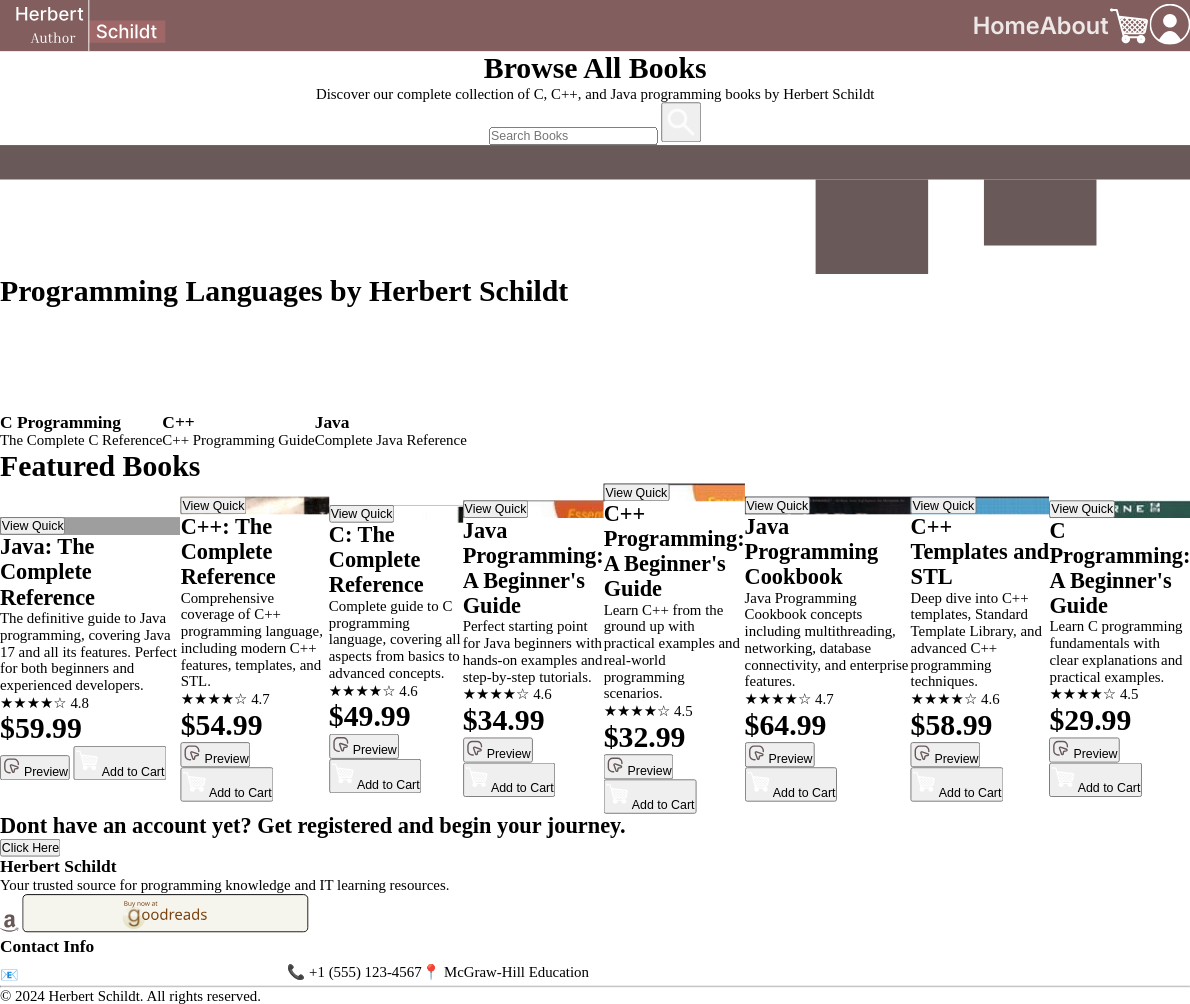
Repository: Darkrepo23/Author-Website-
Page: browse-book.html
The author's editor kept a copy of each file at every save. The page is drawn from the files as they stood at one save, then again after the next save.
The browser window is 1280 px wide. The pictures show the whole page, at 93% of full size.
Pictures or frames that could not be fetched are drawn as grey boxes.

Above is the page before, as saved 2025-09-02 13:40:17.

### browse-book.html
<html lang="en">

<head>
    <meta charset="UTF-8">
    <meta name="viewport" content="width=device-width, initial-scale=1.0">
    <link rel="stylesheet" href="style/browse-book.css">
    <link rel="stylesheet" href="style/nav.css">
    <link rel="stylesheet" href="style/modal/modal.css">
    <title>Document</title>
</head>

<body>
    <div class="container">

        <div class="header">
            <div class="logo">
                <img src="img/logo-white.svg" alt="">
            </div>
            <div class="nav">
                <ul>
                    <li><a href="index.html">Home</a></li>
                    <li><a href="">About</a></li>
                    <li onclick="toggleCart()"><img src="img/cart.svg" alt="" style="height: 44px;"></li>
                    <li><a href="pages/login.html"><img src="img/user-logo.svg" alt="" style="height: 44px;"></a></li>
                </ul>
            </div>
        </div>

        <div class="browse">
            <div class="browse-info">
                <h1>Browse All Books</h1>
                <p>Discover our complete collection of C, C++, and Java programming books by Herbert Schildt</p>
            </div>
            <div class="browse-search">
                <input type="text" placeholder="Search Books" id="">
                <button><img src="img/search.svg" alt=""></button>
            </div>
        </div>

        <div class="line-1">
            <img src="img/b-hr-1.svg" alt="" style="width: 100%;">
        </div>


        <div class="categories">
            <div class="c-head">
                <h1>Programming Languages by Herbert Schildt</h1>
            </div>
            <ul>
                <li>
                    <img src="img/code-icon.svg" alt="">
                    <h3 id="c-title">C Programming</h3>
                    <p>The Complete C Reference</p>
                </li>
                <li>
                    <img src="img/code-icon.svg" alt="">
                    <h3 id="c-title">C++</h3>
                    <p>C++ Programming Guide</p>
                </li>
                <li>
                    <img src="img/java-icon.svg" alt="">
                    <h3 id="c-title">Java</h3>
                    <p>Complete Java Reference</p>
                </li>
            </ul>
        </div>

        <div class="featured-books" id="featured-books">
            <h1>Featured Books</h1>
            <ul class="books-card" id="booksList">
                <!-- <li>
                    <div class="img-book">
                        <button>View Quick</button>
                    </div>
                    <div class="book-info">
                        <h2>Java: The Complete Reference</h2>
                        <p>The definitive guide to Java programming, covering Java 17 and all its features. </p>
                        <div class="book-r-p">
                            <p>★★★★☆4.8</p>
                            <h1>$59.99</h1>
                        </div>
                        <div class="btn-books">
                            <button><img src="img/preview-ico.svg" alt=""> Preview</button>
                            <button id="addToCart"><img src="img/cart.svg" alt="" style="height: 1.9em; margin-bottom: 0.3rem;"> Add to
                                Cart</button>
                        </div>
                    </div>
                </li> -->
            </ul>
        </div>

        <div class="banner-post">
            <div class="banner" id="NoAcc">
                <h2>Dont have an account yet? Get registered and begin your journey.</h2>
                <button onclick="location.href='pages/login.html'">Click Here</button>
            </div>
        </div>


        <div class="footer">
            <div class="footer-content">
                <!-- Left section -->
                <div class="footer-left">
                    <h3>Herbert Schildt</h3>
                    <p>Your trusted source for programming knowledge and IT learning resources.</p>

                    <div class="social-icons">
                        <a href="#"><img src="img/amazon.svg" alt="Amazon"></a>
                        <a href="#"><img src="img/goodreads.svg" alt="Goodreads"></a>
                    </div>
                </div>

                <!-- Right section -->
                <div class="footer-right">
                    <h3>Contact Info</h3>
                    <ul>
                        <li><span>📧</span> <a href="mailto:Herb@herbschildt.com">Herb@herbschildt.com</a></li>
                        <li><span>📞</span> +1 (555) 123-4567</li>
                        <li><span>📍</span> McGraw-Hill Education</li>
                    </ul>
                </div>
            </div>
            <div class="cart-notification" id="cartNotification"></div>
            <div class="modal-overlay">
                <div class="modal">
                    <div class="modal-content">

                        <!-- Book Cover -->
                        <div class="book-image">
                            <img src="img/books/Java Complete.jpg" alt="Java: The Complete Reference">
                        </div>

                        <!-- Book Info -->
                        <div class="book-details">
                            <h2>Java: The Complete Reference</h2>
                            <p class="price">$54.99</p>
                            <p class="rating">⭐ ⭐ ⭐ ⭐ ⭐ 4.7/5</p>

                            <p class="description">
                                Comprehensive coverage of C++ programming language, including modern
                                C++ features, templates, and STL.
                            </p>

                            <div class="meta">
                                <p><strong>Year:</strong> 2021</p>
                                <p><strong>Pages:</strong> 1248</p>
                                <p><strong>ISBN:</strong> 978-1260454468</p>
                                <p><strong>Category:</strong> JAVA</p>
                            </div>

                            <!-- Action Buttons -->
                            <div class="actions">
                                <button class="preview">👁 Preview</button>
                                <button class="add-cart">🛒 Add to cart</button>
                            </div>
                        </div>
                    </div>
                </div>
            </div>



            <hr>
            <div class="footer-bottom">
                <p>© 2024 Herbert Schildt. All rights reserved.</p>
            </div>
        </div>

        <!-- Sidebar -->
        <div class="cart-sidebar" id="cartSidebar">
            <div class="cart-header">
                Book Cart
                <img src="img/close.svg" alt="" style="height: 20px;" onclick="toggleCart()">
            </div>
            <!--
            <div class="cart-items">
                <div class="cart-item">
                    <img src="https://via.placeholder.com/70x100" alt="Book">
                    <div class="cart-item-info">
                        <h4>Java: The Complete Reference</h4>
                        <p>$54.99</p>
                        <button class="remove-btn">Remove</button>
                    </div>
                </div>

                <div class="cart-item">
                    <img src="https://via.placeholder.com/70x100" alt="Book">
                    <div class="cart-item-info">
                        <h4>Java: The Complete Reference</h4>
                        <p>$54.99</p>
                        <button class="remove-btn">Remove</button>
                    </div>
                </div>
            </div> -->

            <div class="cart-footer">
                <div class="cart-total">
                    <span>Total</span>
                    <span>$109.98</span>
                </div>
                <button class="checkout-btn" onclick="location.href='cart.html'">Checkout</button>
            </div>
        </div>

        <script>
            const categoryMap = {
                "c programming": "c",
                "c++": "cpp",
                "java": "java"
            };

            const categoryItems = document.querySelectorAll(".categories ul li");

            categoryItems.forEach(cat => {
                cat.addEventListener("click", () => {
                    const catText = cat.querySelector("h3").innerText.toLowerCase(); // e.g. "c programming"
                    const category = categoryMap[catText];
                    if (category) sortBooks(category);
                });
            });

            function sortBooks(category) {
                const booksList = document.getElementById("booksList");
                const books = Array.from(booksList.querySelectorAll("li"));

                books.sort((a, b) => {
                    const aCat = a.getAttribute("data-category");
                    const bCat = b.getAttribute("data-category");

                    if (aCat === category && bCat !== category) return -1;
                    if (aCat !== category && bCat === category) return 1;
                    return 0;
                });

                books.forEach(book => booksList.appendChild(book));
            }




            function toggleCart() {
                document.getElementById('cartSidebar').classList.toggle('open');
            }

            async function viewBook(button) {
                const bookItem = button.closest("li");
                const bookTitle = bookItem.querySelector(".bookTitle").innerText.trim();

                try {
                    const response = await fetch("all-books.json");
                    const books = await response.json();

                    const book = books.find(b => b.title.trim() === bookTitle);
                    if (!book) return alert("Book not found!");

                    const modalOverlay = document.querySelector(".modal-overlay");
                    const modal = modalOverlay.querySelector(".modal");

                    modal.querySelector(".book-image img").src = book.image;
                    modal.querySelector(".book-image img").alt = book.title;
                    modal.querySelector(".book-details h2").innerText = book.title;
                    modal.querySelector(".book-details .price").innerText = `$${book.price}`;
                    modal.querySelector(".book-details .rating").innerText = `⭐ ⭐ ⭐ ⭐ ⭐ ${book.rating}/5`;
                    modal.querySelector(".book-details .description").innerText = book.description;

                    const meta = modal.querySelector(".book-details .meta");
                    meta.innerHTML = `
            <p><strong>Year:</strong> ${book.year}</p>
            <p><strong>Pages:</strong> ${book.pages}</p>
            <p><strong>ISBN:</strong> ${book.isbn}</p>
            <p><strong>Category:</strong> ${book.category.toUpperCase()}</p>
        `;

                    modalOverlay.style.display = "flex";

                } catch (error) {
                    console.error("Error fetching book data:", error);
                }
            }

            function addToCart(button) {
                const bookItem = button.closest("li");
                const title = bookItem.querySelector(".bookTitle").innerText.trim();
                const priceText = bookItem.querySelector(".pricetag").innerText.trim();
                const price = parseFloat(priceText.replace("$", ""));
                const image = bookItem.querySelector(".img-book img")?.src || "img/books/placeholder.jpg";

                // Get current cart
                let cart = JSON.parse(localStorage.getItem("bookCart")) || [];

                // Check if book already in cart
                const existing = cart.find(item => item.title === title);
                if (existing) {
                    alert("This book is already in your cart!");
                    return;
                }

                // Add book to cart
                cart.push({ title, price, image });
                localStorage.setItem("bookCart", JSON.stringify(cart));

                // Show notification
                showCartNotification(title);

                // Re-render cart
                renderCart();
            }

            // Function to show cart notification
            function showCartNotification(title) {
                const notification = document.getElementById("cartNotification");
                notification.innerText = `"${title}" added to cart!`;
                notification.classList.add("show");

                // Hide after 2 seconds
                setTimeout(() => {
                    notification.classList.remove("show");
                }, 2000);
            }

            async function renderCart() {
                const cartItemsContainer = document.querySelector(".cart-items");
                if (!cartItemsContainer) {
                    const div = document.createElement("div");
                    div.className = "cart-items";
                    document.getElementById("cartSidebar").insertBefore(div, document.querySelector(".cart-footer"));
                }

                const cart = JSON.parse(localStorage.getItem("bookCart")) || [];
                const cartContainer = document.querySelector(".cart-items");
                cartContainer.innerHTML = "";

                let total = 0;

                try {
                    const response = await fetch("all-books.json");
                    const booksData = await response.json();

                    cart.forEach((item, index) => {
                        total += item.price;

                        // Find the book in JSON to get the correct image
                        const bookData = booksData.find(b => b.title === item.title);
                        if (!bookData) {
                            console.warn(`Book not found in JSON: "${item.title}"`);
                        } else if (!bookData.image) {
                            console.warn(`Book image missing in JSON for: "${item.title}"`);
                        }

                        const image = bookData ? bookData.image : "img/books/placeholder.jpg";

                        console.log(`Cart item: ${item.title}, Image used: ${image}`);

                        const cartItem = document.createElement("div");
                        cartItem.className = "cart-item";
                        cartItem.innerHTML = `
                <img src="${image}" alt="Book">
                <div class="cart-item-info">
                    <h4>${item.title}</h4>
                    <p>$${item.price.toFixed(2)}</p>
                    <button class="remove-btn" onclick="removeFromCart(${index})">Remove</button>
                </div>
            `;
                        cartContainer.appendChild(cartItem);
                    });

                    // Update total
                    document.querySelector(".cart-total span:last-child").innerText = `$${total.toFixed(2)}`;

                } catch (err) {
                    console.error("Error fetching all-books.json:", err);
                }
            }

            // Remove item from cart
            function removeFromCart(index) {
                let cart = JSON.parse(localStorage.getItem("bookCart")) || [];
                cart.splice(index, 1);
                localStorage.setItem("bookCart", JSON.stringify(cart));
                renderCart();
            }

            // Initialize cart on page load
            document.addEventListener("DOMContentLoaded", () => {
                renderCart();
            });

            // Optional: close modal by clicking overlay
            document.querySelector(".modal-overlay").onclick = function (e) {
                if (e.target === this) this.style.display = "none";
            }

            // Fetch books from JSON
            fetch("all-books.json")
                .then(response => response.json())
                .then(data => {
                    const booksList = document.getElementById("booksList");

                    data.forEach(book => {
                        const li = document.createElement("li");

                        li.innerHTML = `
    <div class="img-book" style="background-image: url('${book.image}');">
        <button class='view-btn' onclick="viewBook(this)">View Quick</button>
    </div>
    <div class="book-info">
        <h2 class="bookTitle">${book.title}</h2>
        <p>${book.description}</p>
        <div class="book-r-p">
            <p>★★★★☆ ${book.rating}</p>
            <h1 class='pricetag'>$${book.price}</h1>
        </div>
        <div class="btn-books">
            <button><img src="img/preview-ico.svg" alt=""> Preview</button>
            <button class='addToCartBtn' onclick="addToCart(this)">
                <img src="img/cart.svg" alt="" style="height: 1.9em; margin-bottom: 0.3rem;">
                Add to Cart
            </button>
        </div>
    </div>
`;
                        li.setAttribute("data-category", book.category); // <-- important


                        booksList.appendChild(li);
                    });
                })
                .catch(error => console.error("Error loading books:", error));


            let cart = JSON.parse(localStorage.getItem("bookCart")) || [];
            console.log("Current bookCart:", cart);

        </script>

    </div>
</body>

</html>

### style/browse-book.css
.browse {
    display: flex;
    flex-direction: column;
    text-align: center;
}

### style/nav.css
* {
    margin: 0;
    padding: 0;
    box-sizing: border-box;
}

@font-face {
    font-family: 'Inter SemiBold';
    src: url(../font/Inter/static/Inter_18pt-SemiBold.ttf);
}

@font-face {
    font-family: 'Inter Black';
    src: url(../font/Inter/static/Inter_18pt-Black.ttf);
}

@font-face {
    font-family: 'Inter Regular';
    src: url(../font/Inter/static/Inter_28pt-Regular.ttf);
}


@font-face {
    font-family: 'Inter Medium';
    src: url(../font/Inter/static/Inter_28pt-Medium.ttf);
}

@font-face {
    font-family: 'Encode Sans';
    src: url(../font/Encode_Sans/EncodeSans-VariableFont_wdth\,wght.ttf);
}

@font-face {
    font-family: 'Inter Light';
    src: url(../font/Inter/static/Inter_18pt-Light.ttf);
}


.header {
    display: flex;
    background-color: #825E5E;
    align-items: center;
    justify-content: space-between;
}

.header .logo {
    padding: 0 1rem;
}

a {
    text-decoration: none;
    color: rgba(255, 255, 255, 0.856);
    font-family: 'Inter SemiBold';
    font-size: 1.6rem;
    font-weight: 100;
}

.header a {
    transition: all 0.5s ease-in-out;
    height: 1rem;
}

.header a:hover {
    color: rgba(255, 34, 34, 0.788);
    transform: translateY(-10px);
}

ul {
    display: flex;
    list-style: none;
    align-items: center;
}

.header li {


}

Loaded but not shown: all-books.json (122 lines, source omitted); style/modal/modal.css (253 lines, source omitted)

After the next save:
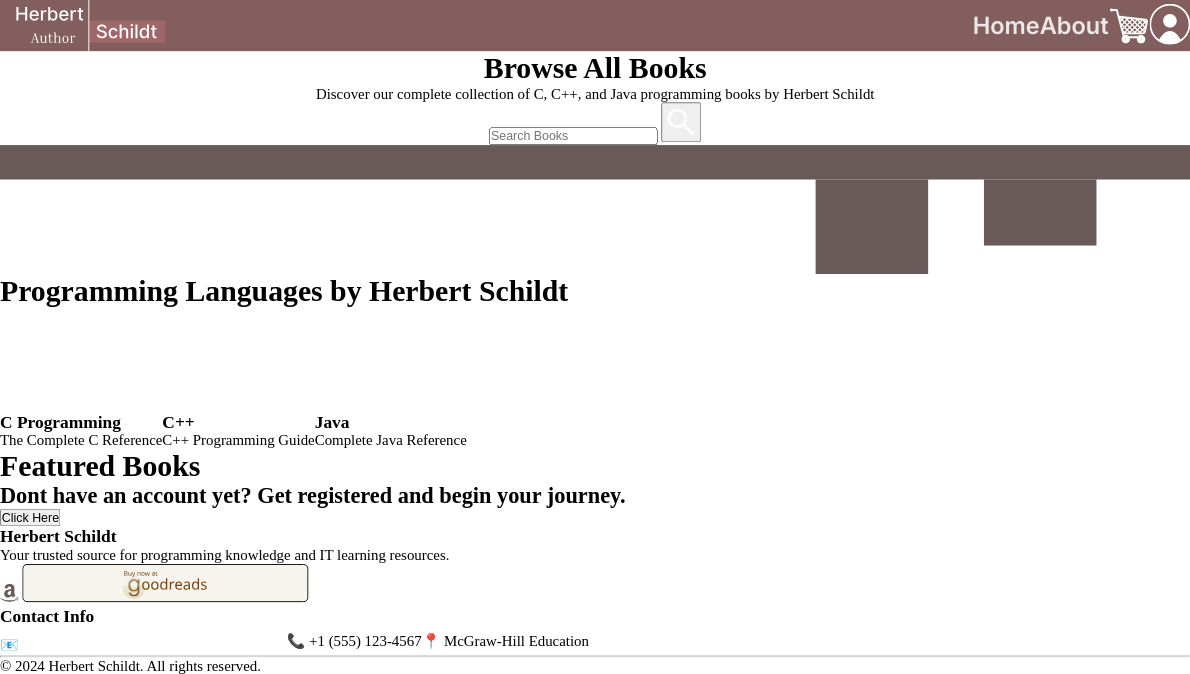
Console error: SyntaxError: Unexpected token ';'
Saved 13 s later.
--- a/browse-book.html
+++ b/browse-book.html
@@ -347,7 +347,7 @@
                             console.warn(`Book image missing in JSON for: "${item.title}"`);
                         }
 
-                        const image = bookData ? bookData.image : "img/books/placeholder.jpg";
+                        const image = bookData ? bookData.image;
 
                         console.log(`Cart item: ${item.title}, Image used: ${image}`);
 

After the save that followed:
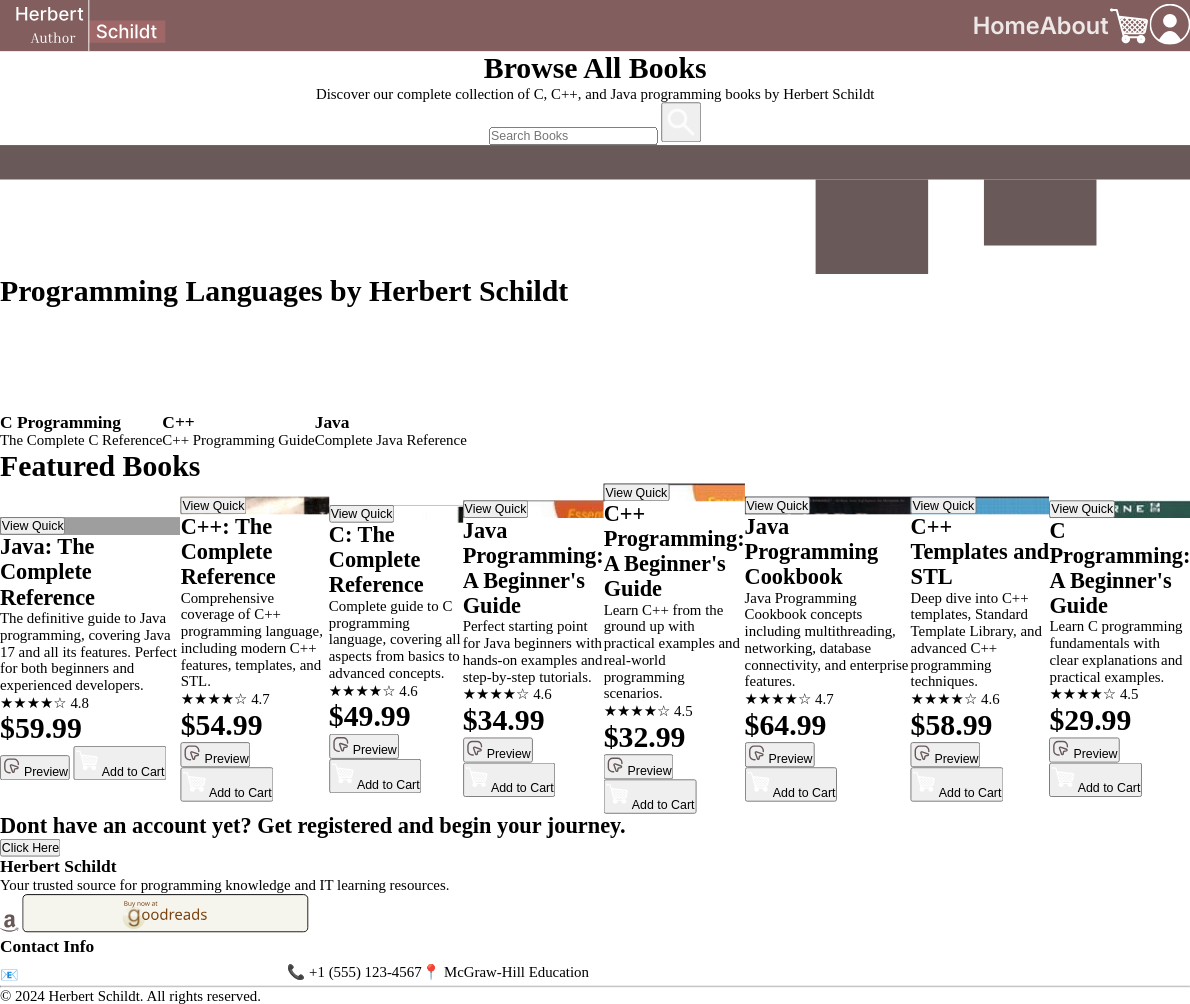
The error is gone.
Saved 12 s later.
--- a/browse-book.html
+++ b/browse-book.html
@@ -347,7 +347,7 @@
                             console.warn(`Book image missing in JSON for: "${item.title}"`);
                         }
 
-                        const image = bookData ? bookData.image;
+                        const image = bookData;
 
                         console.log(`Cart item: ${item.title}, Image used: ${image}`);
 
